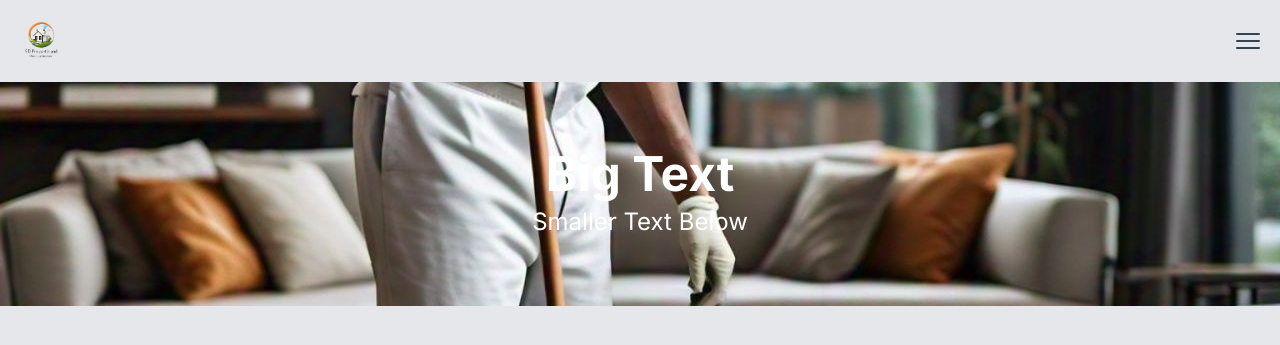
Repository: devmskhan/sdpropandclean
Page: /
An editor plug-in stored every save of this project. The page is shown before and after a run of saves, followed by the edit.
The browser window is 1280 px wide. The pictures show the whole page.
The project was rebuilt for these pictures with package versions that can differ from the ones it lists, and the page was loaded fresh each time. The framework's server and built-in components were replaced by stand-ins that run in the browser. Also part of the build but not shown: next.config.mjs.

Above is the page before, as saved 2024-09-02 14:22:08.

### app/layout.tsx
import type { Metadata } from "next";
import { Inter } from "next/font/google";
import "./globals.css";

const inter = Inter({ subsets: ["latin"] });

export const metadata: Metadata = {
  title: "SD Properties & Cleaning",
  description: "Provision of Houses and Cleanliness of Homes is our apex goal",
};

export default function RootLayout({
  children,
}: Readonly<{
  children: React.ReactNode;
}>) {
  return (
    <html lang="en">
      <body className={inter.className}>{children}</body>
    </html>
  );
}

### app/page.tsx
import Header from '../components/Header';
import Body from '../components/Body';

export default function Home() {
  return (
    <main className="min-h-screen bg-gray-200">
      <Header />
      <Body />
    </main>
  );
}

### components/Header.tsx
import Image from "next/image";
import { Bars3Icon } from '@heroicons/react/24/solid'


function Header() {
    return (
        <header className="flex justify-between items-center p-4 bg--100 shadow-md">
      {/* Logo on the top left */}
      <div className="flex items-center">
        <Image
          src="/logo.png"
          alt="Logo"
          width={50}
          height={50}
          className="cursor-pointer"
        />
      </div>

      {/* Triple line (hamburger) icon on the top right */}
      <div className="cursor-pointer">
        <Bars3Icon className="h-8 w-8 text-gray-700" />
      </div>
    </header>
    )
}

export default Header;

### components/Body.tsx



function Body() {
    return (
        <div className="relative w-full h-56 bg-cover bg-center text-white"
         style={{ backgroundImage: 'url("/pic1.jpg")' }}>
      <div className="absolute inset-0 flex flex-col justify-center items-center text-center">
        {/* Larger Text */}
        <h1 className="text-5xl font-bold mb-2">
          Big Text
        </h1>
        {/* Smaller Text */}
        <p className="text-2xl">
          Smaller Text Below
        </p>
      </div>
    </div>
    )
}

export default Body;

Loaded but not shown: app/globals.css (common file); tailwind.config.ts (common file)

After the next 8 saves:
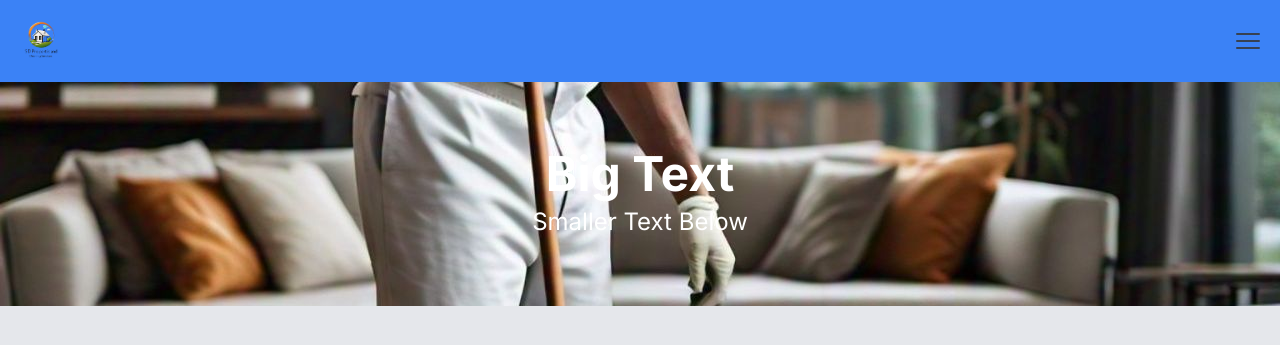
The 8 saves are shown as one change because they came seconds apart.
The last was saved 12 s later.
--- a/components/Header.tsx
+++ b/components/Header.tsx
@@ -4,7 +4,7 @@ import { Bars3Icon } from '@heroicons/react/24/solid'
 
 function Header() {
     return (
-        <header className="flex justify-between items-center p-4 bg--100 shadow-md">
+        <header className="flex justify-between items-center p-4 bg-blue-500 shadow-md">
       {/* Logo on the top left */}
       <div className="flex items-center">
         <Image
